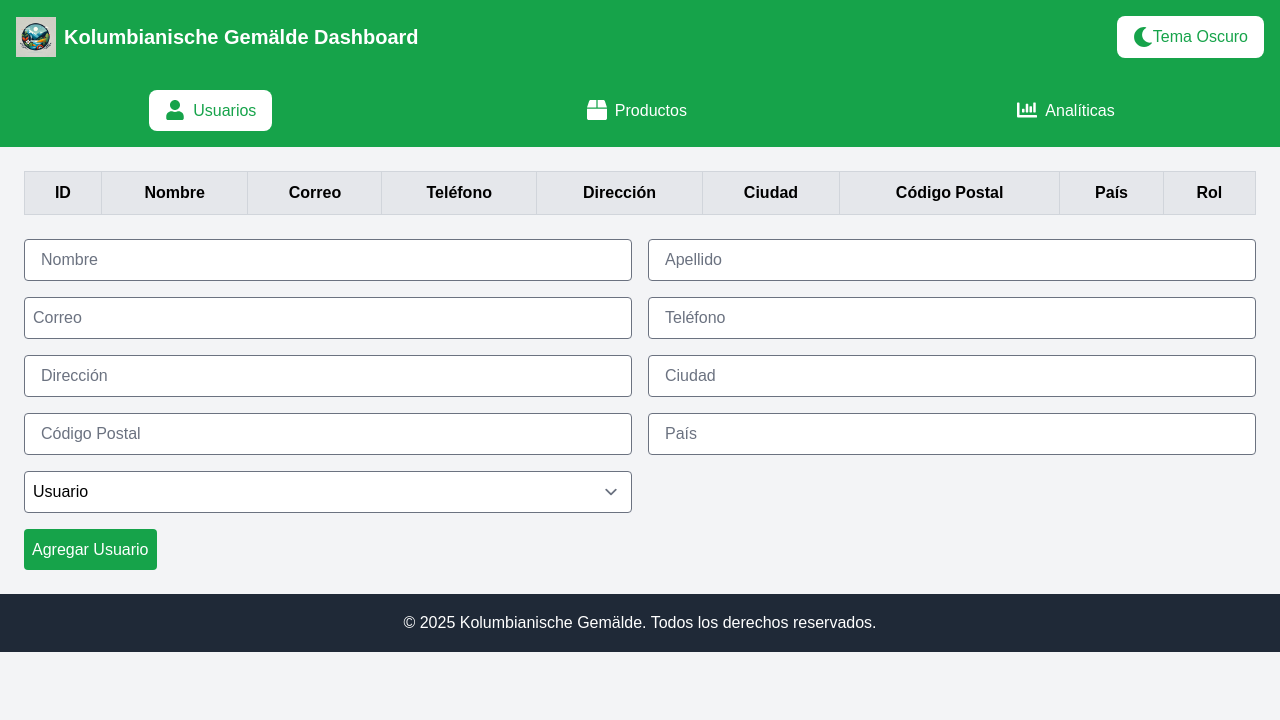
Repository: alixchaparrov/bilder-shop
Page: /admin/dashboard
These files come from the project's save history. The page is drawn as it stood at one moment and after the next save; the edit follows.
The browser window is 1280 px wide. The pictures show the whole page.
The page's requests for data from a server got no answer. The project was rebuilt for these pictures with package versions that can differ from the ones it lists, and the page was loaded fresh each time. The framework's server and built-in components were replaced by stand-ins that run in the browser. No one was signed in, and anything a server would have sent is missing. Also part of the build but not shown: next.config.ts.

Above is the page before, as saved 2025-01-06 10:32:24.

After the next save:
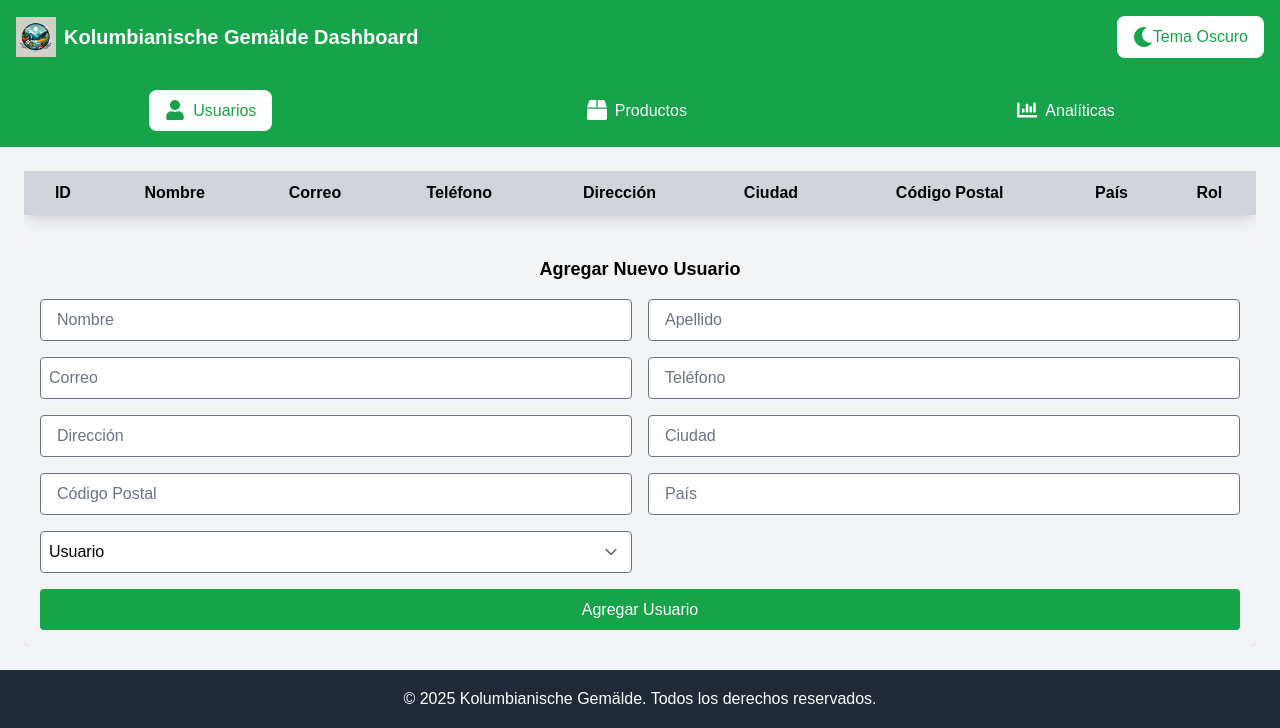
Saved 3 min 55 s later.
--- a/src/app/admin/dashboard/page.tsx
+++ b/src/app/admin/dashboard/page.tsx
@@ -84,8 +84,8 @@ export default function Dashboard() {
       case "users":
         return (
           <div className="overflow-x-auto">
-            <table className="min-w-full border-collapse border border-gray-400">
-              <thead className="bg-gray-200 dark:bg-gray-700">
+            <table className="min-w-full border-collapse border border-gray-400 rounded-lg shadow-lg">
+              <thead className="bg-gray-300 dark:bg-gray-800">
                 <tr>
                   <th className="border border-gray-300 px-4 py-2">ID</th>
                   <th className="border border-gray-300 px-4 py-2">Nombre</th>
@@ -100,7 +100,7 @@ export default function Dashboard() {
               </thead>
               <tbody>
                 {users.map((user) => (
-                  <tr key={user.id} className="bg-white dark:bg-gray-800">
+                  <tr key={user.id} className="bg-white dark:bg-gray-700">
                     <td className="border border-gray-300 px-4 py-2">{user.id}</td>
                     <td className="border border-gray-300 px-4 py-2">{`${user.firstName} ${user.lastName}`}</td>
                     <td className="border border-gray-300 px-4 py-2">{user.email}</td>
@@ -115,7 +115,8 @@ export default function Dashboard() {
               </tbody>
             </table>
 
-            <form onSubmit={handleAddUser} className="mt-6 space-y-4">
+            <form onSubmit={handleAddUser} className="mt-6 p-4 bg-gray-100 dark:bg-gray-800 rounded-lg shadow-lg space-y-4">
+              <h3 className="text-lg font-bold text-center mb-4">Agregar Nuevo Usuario</h3>
               <div className="grid grid-cols-2 gap-4">
                 <input
                   type="text"
@@ -187,7 +188,7 @@ export default function Dashboard() {
               </div>
               <button
                 type="submit"
-                className="bg-green-600 text-white p-2 rounded"
+                className="w-full bg-green-600 text-white p-2 rounded hover:bg-green-700"
               >
                 Agregar Usuario
               </button>
